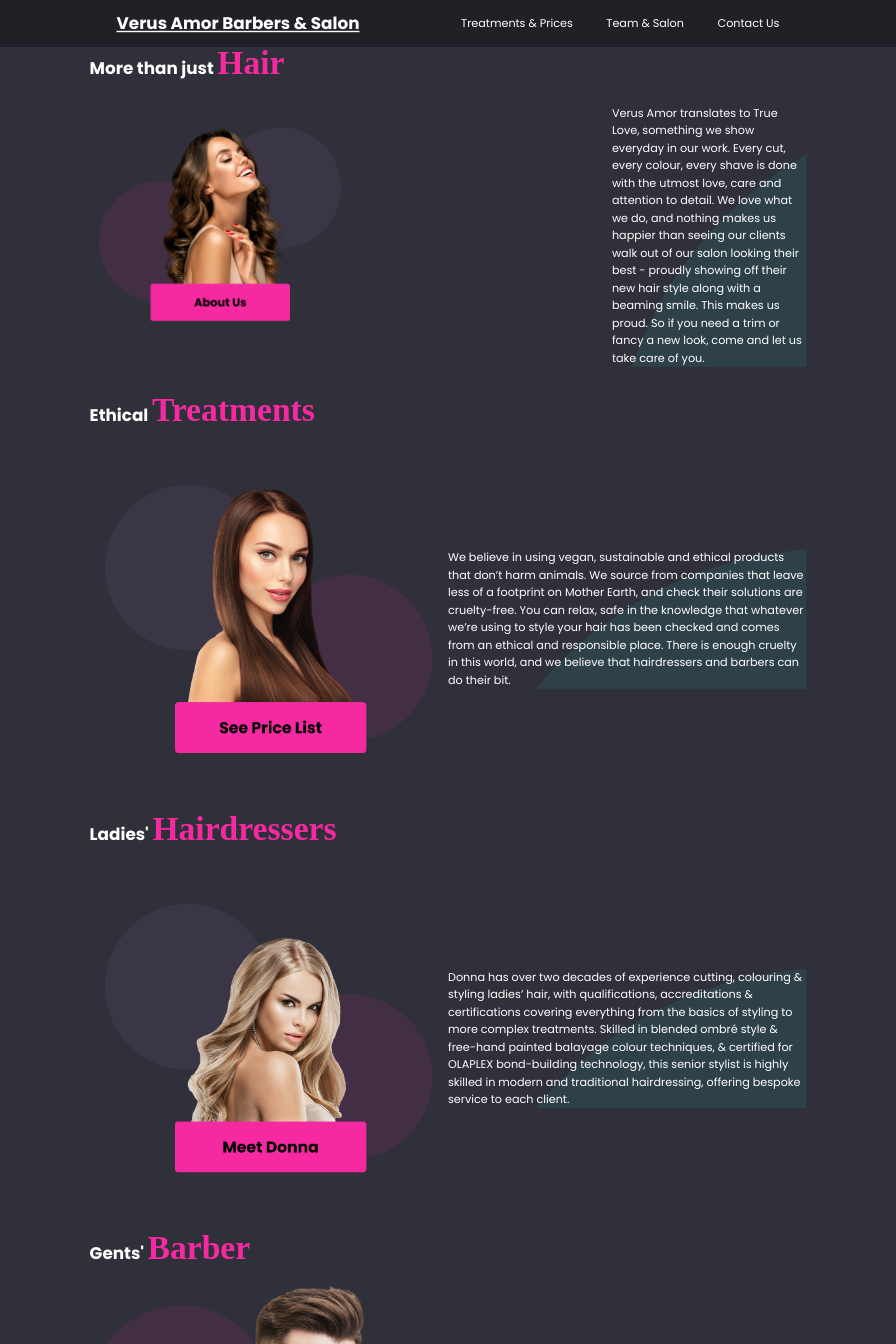
Repository: Troy-Bolt/verustroy-
Page: index.html
These files come from the project's save history. The page is drawn as it stood at one moment and after the next save; the edit follows.
The browser window is 1280 px wide. The pictures show the part of the page from y = 0 to 1920 px (the page is 6432 px tall before and 6342 px after), at 70% of full size.
Backgrounds fixed to the window are drawn as part of the page. Some web fonts or font styles are not loaded; a fallback is used.

Above is the page before, as saved 2022-04-27 09:03:37.

### index.html
<!DOCTYPE html>
<html lang="en">

<head>
    <meta charset="UTF-8">
    <meta http-equiv="X-UA-Compatible" content="IE=edge">
    <meta name="viewport" content="width=device-width, initial-scale=1.0">
    <title>Verus Amor</title>
    <link rel="stylesheet" href="/CSS/style.css">
    <script defer src="navbar.js"></script>
    <link href="https://fonts.googleapis.com/icon?family=Material+Icons" rel="stylesheet">
</head>

<body>
    <header>
        <h1 class="logo"><a class="current" href="/index.html" class="homepage-link">Verus Amor Barbers & Salon</a></h1>
        <input type="checkbox" name="" id="nav-toggle" class="nav-toggle">
        <nav>
            <ul class="size">
                <li><a href="/treatments.html">Treatments & Prices</a></li>
                <li><a href="/team.html">Team & Salon</a></li>
                <li><a href="/contact.html">Contact Us</a></li>
            </ul>
        </nav>
        <label for="nav-toggle" class="nav-toggle-label">
            <span></span>
        </label>
    </header>
    <div class="container">
        <h1 id="top-space">More than just <span>Hair</span></h1>

        <div class="row">

           <a class="colb" href=""><img src="img/AboutUs.png" alt="" class="col"></a>
            <p class="test text col">Verus Amor translates to True Love, something we show everyday in our work. Every
                cut,
                every colour, every shave is done with the utmost love, care and attention to detail. We love what we
                do,
                and nothing makes us happier than seeing our clients walk out of our salon looking their best - proudly
                showing off their new hair style along with a beaming smile. This makes us proud. So if you need a trim
                or
                fancy a new look, come and let us take care of you.</p>
        </div>

        <h1>Ethical <span>Treatments</span></h1>
        <div class="row">

            <img src="img/EthTreatments.png" alt="">
            <p class="test text col left-side">We believe in using vegan, sustainable and ethical products that don’t harm
                animals. We
                source from companies that leave less of a footprint on Mother Earth, and check their solutions are
                cruelty-free. You can relax, safe in the knowledge that whatever we’re using to style your hair has been
                checked and comes from an ethical and responsible place. There is enough cruelty in this world, and we
                believe that hairdressers and barbers can do their bit.</p>
        </div>
        <h1>Ladies' <span>Hairdressers</span></h1>
        <div class="row">
            <img src="img/MeetDonna.png" alt="">
            <p class="test text col">
                Donna has over two decades of experience cutting, colouring & styling ladies’ hair, with qualifications,
                accreditations & certifications covering everything from the basics of styling to more complex
                treatments. Skilled in blended ombré style & free-hand painted balayage colour techniques, & certified
                for OLAPLEX bond-building technology, this senior stylist is highly skilled in modern and traditional
                hairdressing, offering bespoke service to each client.
            </p>
        </div>
        <h1>Gents' <span>Barber</span></h1>
        <div class="row">
            <img src="img/MeetCarl.png" alt="">
            <p class="test text col">
                Master Barber Carl has been crafting fresh, stylish looks for men since before the millennium, & has a
                wealth of experience to help his clients in the barber’s chair. Beards, nasal hair, eyebrows, sideburns,
                modern, classic & traditional hairstyles - whatever the hair, he’ll help you make the most of it &
                ensure you leave feeling like a new man. His purpose in life is to make men look & feel great, and there
                isn’t a style or technique he hasn’t mastered.
            </p>
        </div>
        <h1>Booking <span>Appointments</span></h1>
        <div class="row">
            <img src="img/ContactUs.png" alt="">
            <p class="test text col">
                We recommend booking appointments in advance, but we also welcome walk-ins. If you like to have your
                hair done regularly and prefer a certain day of the month then we can make you a regular appointment. If
                you don’t mind sitting in our waiting area while we take care of someone’s hair style, you can enjoy
                watching us do what we do best while sitting in our waiting area, enjoy looking through styling
                magazines or join-in with the conversation.
            </p>
        </div>
        <h1>Special <span>Offers</span></h1>
        <div class="row">
            <img src="img/OurOffers.png" alt="">
            <p class="test text col">
                We hope our service and the quality of our cuts and styling are enough to keep you coming back for more,
                but we also like to reward your loyalty, so we run a generous loyalty scheme. We also recognise that
                senior citizens have earned the right to some friendly pricing, while children generally have smaller
                heads and parents have limited budgets, so we provide special prices for children under 12, plus those
                lucky enough to be enjoying their pension.
            </p>
        </div>
        <h1>Specialist <span>Products</span></h1>
        <div class="row">
            <img src="img/Services&Prices.png" alt="">
            <p class="test text col">
                Experience teaches us that using premium products doesn’t have to cost a fortune, but makes a big
                difference to the quality and the desired outcome, so we source the very best products to help us do our
                job properly, and make you look amazing. We are accredited and trained on some of the world’s most
                exciting brands, including OLAPLEX, PULP RIOT and FUDGE. We use these products on you in the salon &
                barbers, also offering them to clients.
            </p>
        </div>
    </div>
    <div class="container">
        <img src="img/ProductBanner.png" alt="" class="full-width">
        <div class="full-width reviews">
            <div class="tests">
                <h1>Our <span>Reviews</span></h1>
            </div>
        </div>
        <div class="carousel">
            <div class="slider">
                <section class="test-1">Always a friendly, professional experience with good advice and prices</section>
                <section class="test-1">Great cut, priced reasonably and lovely people</section>
                <section class="test-1">my wife used the salon  & is very pleased with results</section>
                <section class="test-1">Very nice couple</section>
            </div>
            <div class="control">
                <span class="arrow left">
                    <i class="material-icons">
                        keyboard_arrow_left
                    </i>
                </span>
                <span class="arrow right">
                    <i class="material-icons">
                        keyboard_arrow_right
                    </i>
                </span>
                <ul>
                    <li class="selected"></li>
                    <li></li>
                    <li></li>
                    <li></li>
                </ul>
            </div>
        </div>
    </div>
    <div class="container">
        <h1>Get <span>Directions</span></h1>
        <div class="row">
            <img src="img/FindUs.png" alt="">
            <p class="test text col">
                Experience teaches us that using premium products doesn’t have to cost a fortune, but makes a big
                difference to the quality and the desired outcome, so we source the very best products to help us do our
                job properly, and make you look amazing. We are accredited and trained on some of the world’s most
                exciting brands, including OLAPLEX, PULP RIOT and FUDGE. We use these products on you in the salon &
                barbers, also offering them to clients.
            </p>
        </div>
    </div>
    <iframe
        src="https://www.google.com/maps/embed?pb=!1m14!1m8!1m3!1d2412.6754060766534!2d0.735687!3d52.792161!3m2!1i1024!2i768!4f13.1!3m3!1m2!1s0x0%3A0xb57b11c6038ff279!2sVerus%20Amor%20Barbers%20%26%20Ladies%20Salon!5e0!3m2!1sen!2suk!4v1649070369054!5m2!1sen!2suk"
        width="100%" height="600" style="border:0;" allowfullscreen="" loading="lazy"
        referrerpolicy="no-referrer-when-downgrade"></iframe>


    </div>

    <div class="footer">
    <div class="row">
        <div class="grid">
            <h1 class="grid-main">.</h1>
        </div>
        <div class="gridA">

            <span class="foot">Twitter</span>
            <span class="foot">Facebook</span>

        </div>


   </div>


<div class="row">
    <div class="gridS"></div>
    <div class="gridB">
        <p>01328 633037</p>
        <p>Verus Amor Barbers & Ladies Salon</p>
        <p>The Kiptons, Blenheim Square, West Raynham, NR21 7PA</p>
    </div>
</div>
</body>
<script src="carousel.js"></script>

</html>

### CSS/style.css
@import url('https://fonts.googleapis.com/css2?family=Poppins:ital,wght@0,100;0,200;0,300;0,400;0,500;0,600;0,700;0,800;0,900;1,100;1,200;1,300;1,400;1,500;1,600;1,700;1,800;1,900&family=WindSong:wght@400;500&display=swap');


*, *::before, *::after {
    box-sizing: border-box;
}

/* html,body {
    width: 100%;
    height: 100%;
    padding: 0;
    overflow-x: hidden;
} */

body {
    margin: 0;
    background-color: #2F303A;
    color: #fff;
    font-family: Poppins;
}

#top-space {
    margin-top: 2.6em;
}

.container {
    width: 80%;
    max-width: 1400px;
    margin: 0 auto;
}

h1 {
    font-size: 1.5rem;
}

span {
    color: #F62AA0;
    font-size: 3rem;
}

.test {

    background-image: url('/img/HomePageTextBubble.png');

}


img {
    max-width: 100%;
    width: 50%;
    object-fit:scale-down;
}


.text {
    align-self: center;
}

@media (min-width: 800px) {
    .row {
        display: flex;
        justify-content: space-between;
    }
}

@media (max-width: 800px) {
    img {
        width: 100%;
    }
}

.row img{
    flex:2;
}

.row p {
  flex:40%
}
span {
    font-family: 'WindSong', cursive;
}

.full-width {
    width: 100%;
}

.footer {
    /* background-image: url('/img/Footer.png'); */
    width: 100%;
    background-size: contain;
    background-repeat: no-repeat ;
    /* padding-top: 2.5em; */
    /* padding: 2.5em; */
}

@import url('https://fonts.googleapis.com/icon?family=Material+Icons');

.carousel {
    height: 600px;
    overflow: hidden;
    position: relative;
    border-radius: 5px;
    box-shadow: 0 0 4px rgba(0, 0, 0, 0.2), 0 4px 10px rgba(0, 0, 0, 0.1);
  }
  .slider {
    display: flex;
    height: 100%;
    width: 400%;
  }
  .slider section {
    flex-basis: 100%;
    justify-content: center;
    align-items: center;
    display: flex;
    font-size: 20px;
  }
  .left, .right {
    position: absolute;
    top: 50%;
    transform: translateY(-50%);
    cursor: pointer;
  }
  .arrow i {
    font-size: 70px;
    -webkit-user-select: none;
    color: #CDCDCD;
  }
  .left {
    left: 10px;
  }
  .right {
    right: 10px;
  }
  .control ul {
    list-style: none;
    display: flex;
    position: absolute;
    bottom: 0;
    left: 50%;
    margin: 0;
    padding: 0;
    transform: translate(-50%);
  }
  .control ul li {
    width: 10px;
    height: 10px;
    background: #333;
    border: 2px solid #333;
    border-radius: 50px;
    margin: 10px;
    cursor: pointer;

  }
  .control ul li.selected {
    background: transparent;
  }

  .test-1 {
      background-image: url(../img/Choosing-1.png);
      background-repeat: no-repeat;
      background-attachment: fixed;
      background-size: cover;
  }


@media (max-width: 600px) {
    .test-1{
        padding-left:4rem;
        padding-right:2rem;
    }

    .test-2{
        padding-left:4rem;
        padding-right:2rem;
    }
}




.reviews h1 {
    margin: 0;
}


/* nav */

.logo {
    font-size: 1.5rem;
    }

    header {
        background: #202027;
        text-align: center;
        position: fixed;
        z-index: 999;
        width: 100%;
        top: 0;
    }

    .nav-toggle {
        display: none;
    }

    .nav-toggle-label {
        position: absolute;
        top: 0;
        left: 0;
        margin-left: 1em;
        height: 100%;
        display: flex;
        align-items: center;
    }

    .nav-toggle-label span,
    .nav-toggle-label span::before,
    .nav-toggle-label span::after {
        display: block;
        background: #fff;
        height: 2px;
        width: 0.4em;
        border-radius: 2px;
        position: relative;
    }

    .nav-toggle-label span::before,
    .nav-toggle-label span::after {
        content: '';
        position: absolute;
    }

    .nav-toggle-label span::before {
        bottom: 7px;
    }
    .nav-toggle-label span::after {
        top: 7px;
    }

    nav {
        position: absolute;
        text-align: left;
        top: 100%;
        left: 0;
        background: #202027;
        width: 100%;
        transform: scale(1, 0);
        transform-origin: top;
        transition: transform 400ms ease-in-out;
    }

    nav ul {
        margin: 0;
        padding: 0;
        list-style: none;
    }

    nav li {
        margin-bottom: 1em;
        margin-left: 1em;
    }

    nav a {
        color: white;
        text-decoration: none;
        font-size: 1rem;
        opacity: 0;
        transition: opacity 150ms ease-in-out;
    }

    nav a:hover {
    color: gold;
    }

    .current {
        color: #fff;
    }

    li a:is(:link,:active).active {
        background-color: #443144;
        padding: 1.5rem;
        color: #443144;
    }
    a:is(:link,:active).active {
        color: gold;
    }

    nav:visited{
        text-decoration: none;
    }

    .nav-toggle:checked ~ nav{
    transform: scale(1, 1);
    }

    .nav-toggle:checked ~ nav a {
        opacity: 1;
        transition: opacity 250ms ease-in-out 250ms;
    }

    @media screen and (min-width: 1000px) {
        .nav-toggle-label {
            display: none;
        }
        header {
            display: grid;
            grid-template-columns: 1fr auto minmax(600px, 3fr) 1fr;
        }
        .logo {
            grid-column: 2 / 3;
        }
        nav {
            all: unset;
            grid-column: 3 / 4;
            display: flex;
            justify-content: flex-end;
            align-items: center;
        }
        nav a {
            opacity: 1;
            position: relative;
        }
        nav a::before {
            content: ' ';
            display: block;
            height: 5px;
            background: #DFAF1F;
            position: absolute;
            top: -.75em;
            left: 0;
            right: 0;
            transform: scale(0, 1);
            transition: transform ease-in-out 250ms;
        }
        nav a:hover::before {
            transform: scale(1, 1);
        }
        nav ul {
            display: flex;
            justify-content: flex-end;
        }
        nav li {
            margin-left: 3em;
            margin-bottom: 0;
        }
    }

    @media (min-width: 1900px) {
    .logo {
        font-size: 3rem;
    }
    nav a {
        font-size: 1.5rem;
    }
}

    /* @media (min-width: 0px) {
        p { font-size: 1rem; }
        h4 { font-size: 1.5rem; }
        h3 { font-size: 2rem; }
        h2 {font-size: 2.5rem}
        h1 {font-size: 3rem}
        span { font-size: 5rem}
      }

      @media (min-width: 400px) {
        p { font-size: calc(1rem + 1vw); }
        h4 { font-size: calc(1.5rem + 1vw);}
        h3 { font-size: calc(2rem + 1vw);}
        h2 { font-size: calc(2.5rem + 1vw);}
        h1 { font-size: calc(3rem + 1vw);}
        span { font-size: calc(5rem + 1vw);}
      }

      @media (min-width: 1001px){
        p { font-size: 1.75rem; }
        h4 { font-size: 1.75; }
        h3 {font-size: 2.75rem;}
        h2 { font-size: 3.75rem;}
        h1 {font-size: 4.25rem;}
        span {font-size: 6.25rem;}
      } */


      .img-centered {
          width: 100%;
      }

      .space {
          margin-bottom: 4em;
      }

      .pink-text {
          font-size:6rem;
      }

      .footer-layout {
          display: grid;
          grid-auto-rows: repeat(3, 1fr);

      }

      .footer{
        background-image: url('/img/Footer.png');
        width: 100%;
        background-size: cover;
      }

   @media(max-width:400px){
       .footer{
        background-image: url('/img/Footer.png');
        width: 100%;
        background-size: contain;
       }
   }

      .foot{
          padding-left: 1.5rem;
          font-family: "poppins";
          color: white;
            font-size: 1.5rem;





      }


   .grid-main{
       font-size:2.5rem;
      padding-left: 4.5rem;
      margin-top: 6rem;




   }
   @media (max-width: 750px){
         .grid-main{
              font-size:1.5rem;
         }

   }

   /* .grid{
       width: 70%;
         float:left;

   }

   .gridA{
       width: 30%;
         float:left;

   } */

  .gridA{

  }


            @media screen and (min-width: 1000px) {
.gridA{
    width: 25%;
    float:left;
    /* padding-top: 2.5rem; */


}
          }



          .gridB{

        }


                  @media screen and (min-width: 1000px) {
      .gridB{
          width: 50%;
          float:left;
          padding-top: 2.5rem;
          text-align: right;
          padding-right: 6.5rem;


      }
                }

### navbar.js
const activePage = window.location.pathname;
// console.log(activePage);

const navLinks = document.querySelectorAll('nav a').
forEach(link => {
    console.log(link.href);
    if(link.href.includes(`${activePage}`)){

        link.classList.add('active');
    }
})

### carousel.js
const left = document.querySelector('.left');
const right = document.querySelector('.right');

const slider = document.querySelector('.slider');

const indicatorParent = document.querySelector('.control ul');
const indicators = document.querySelectorAll('.control li');
index = 0;

indicators.forEach((indicator, i) => {
  indicator.addEventListener('click', () => {
    document.querySelector('.control .selected').classList.remove('selected');
    indicator.classList.add('selected');
    slider.style.transform = 'translateX(' + (i) * -25 + '%)';
    index = i;

  });
});

left.addEventListener('click', function() {
  index = (index > 0) ? index -1 : 0;
  document.querySelector('.control .selected').classList.remove('selected');
  indicatorParent.children[index].classList.add('selected');
  slider.style.transform = 'translateX(' + (index) * -25 + '%)';
});

right.addEventListener('click', function() {
  index = (index < 4 - 1) ? index+1 : 3;
  document.querySelector('.control .selected').classList.remove('selected');
  indicatorParent.children[index].classList.add('selected');
  slider.style.transform = 'translateX(' + (index) * -25 + '%)';
});

After the next save:
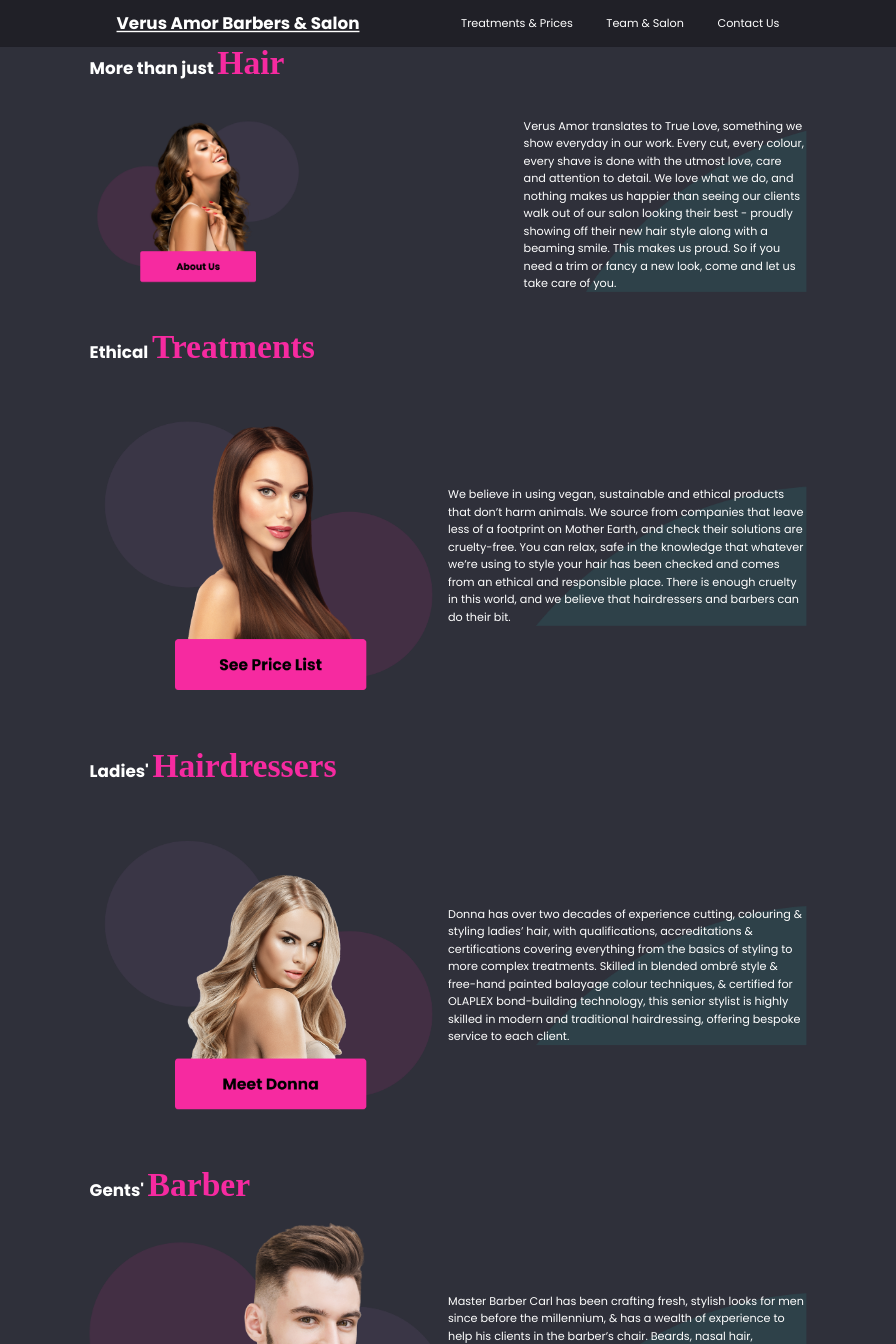
Saved 7 s later.
--- a/CSS/style.css
+++ b/CSS/style.css
@@ -74,7 +74,7 @@
 }
 
 .row p {
-  flex:40%
+  flex:70%
 }
 span {
     font-family: 'WindSong', cursive;
